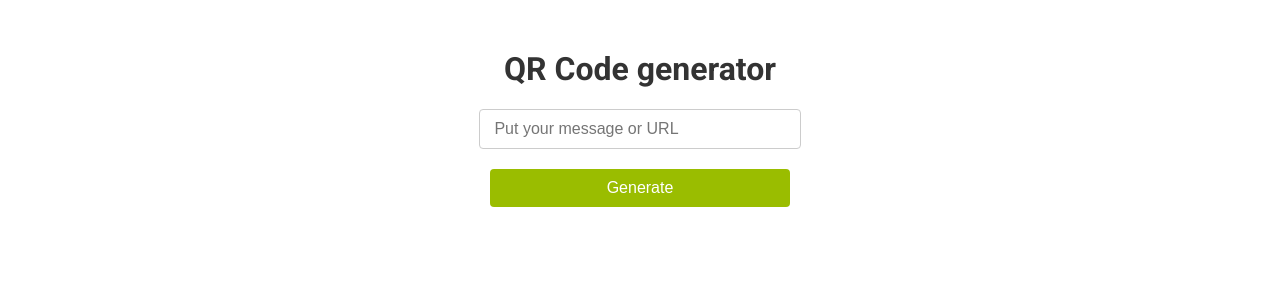
Repository: lenx0/QRCode-generator
Page: /
An editor plug-in stored every save of this project. The page is shown before and after the next save, followed by the edit.
The browser window is 1280 px wide. The pictures show the whole page.
The project was rebuilt for these pictures with package versions that can differ from the ones it lists, and the page was loaded fresh each time. Also part of the build but not shown: vite.config.ts.

Above is the page before, as saved 2024-06-21 12:44:10.

### index.html
<!doctype html>
<html lang="en">
  <head>
    <meta charset="UTF-8" />
    <link rel="icon" type="image/svg+xml" href="/vite.svg" />
    <meta name="viewport" content="width=device-width, initial-scale=1.0" />
    <link href="https://fonts.googleapis.com/css2?family=Roboto:wght@400;700&display=swap" rel="stylesheet">

    <title>Vite + React + TS</title>
  </head>
  <body>
    <div id="root"></div>
    <script type="module" src="/src/main.tsx"></script>
  </body>
</html>

### src/App.tsx
import QRCode from "./QRCode"
import "./App.css"

function App() {
  return (
    <QRCode />
  )
}

export default App

### src/QRCode.tsx
import React, { useState, ChangeEvent } from 'react';
import QRCode from 'qrcode.react';

const QRCodeGenerator: React.FC = () => {
  const [inputText, setInputText] = useState<string>('');
  const [qrCodeValue, setQrCodeValue] = useState<string>('');

  const handleChange = (e: ChangeEvent<HTMLInputElement>) => {
    setInputText(e.target.value);
  };

  const generateQRCode = () => {
    setQrCodeValue(inputText);
  };

  return (
    <div style={{ textAlign: 'center', marginTop: '50px' }}>
      <h1>QR Code generator</h1>
      <input
        type="text"
        value={inputText}
        onChange={handleChange}
        placeholder=" Put your message or URL"
        style={{ padding: '10px', width: '300px', marginBottom: '20px' }}
      />
      <br />
      <button onClick={generateQRCode} style={{ minWidth: '300px', padding: '10px 20px', cursor: 'pointer' }}>
        Generate
      </button>
      <div style={{ marginTop: '30px' }}>
        {qrCodeValue && <QRCode value={qrCodeValue} />}
      </div>
    </div>
  );
};

export default QRCodeGenerator;

### src/App.css
body {
  font-family: 'Roboto', sans-serif;
}

.App {
  display: flex;
  justify-content: center;
  align-items: center;
  height: 100vh;
  background-color: #f0f0f0;
}

h1 {
  color: #333;
}

input {
  font-size: 16px;
  border: 1px solid #ccc;
  border-radius: 4px;
}

button {
  font-size: 16px;
  border: none;
  border-radius: 4px;
  background-color: #9abd00;
  color: white;
}

button:hover {
  background-color: #0056b3;
}

Loaded but not shown: src/main.tsx (common file); src/index.css (common file)

After the next save:
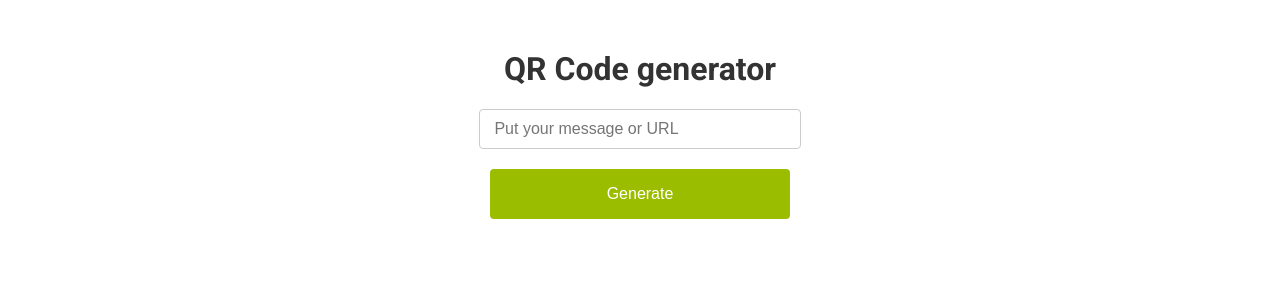
Saved 11 s later.
--- a/src/QRCode.tsx
+++ b/src/QRCode.tsx
@@ -24,7 +24,7 @@
         style={{ padding: '10px', width: '300px', marginBottom: '20px' }}
       />
       <br />
-      <button onClick={generateQRCode} style={{ minWidth: '300px', padding: '10px 20px', cursor: 'pointer' }}>
+      <button onClick={generateQRCode} style={{ minWidth: '300px', minHeight: '50px', padding: '10px 20px', cursor: 'pointer' }}>
         Generate
       </button>
       <div style={{ marginTop: '30px' }}>

After the save that followed:
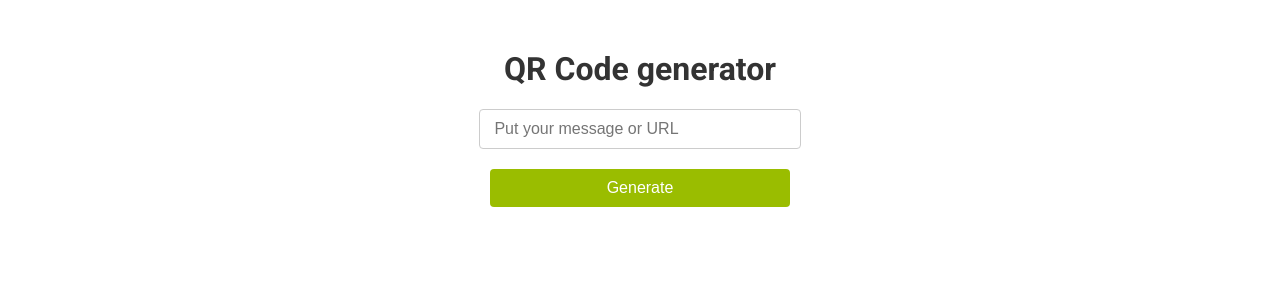
Saved 4 s later.
--- a/src/QRCode.tsx
+++ b/src/QRCode.tsx
@@ -24,7 +24,7 @@
         style={{ padding: '10px', width: '300px', marginBottom: '20px' }}
       />
       <br />
-      <button onClick={generateQRCode} style={{ minWidth: '300px', minHeight: '50px', padding: '10px 20px', cursor: 'pointer' }}>
+      <button onClick={generateQRCode} style={{ minWidth: '300px', minHeight: '30px', padding: '10px 20px', cursor: 'pointer' }}>
         Generate
       </button>
       <div style={{ marginTop: '30px' }}>
